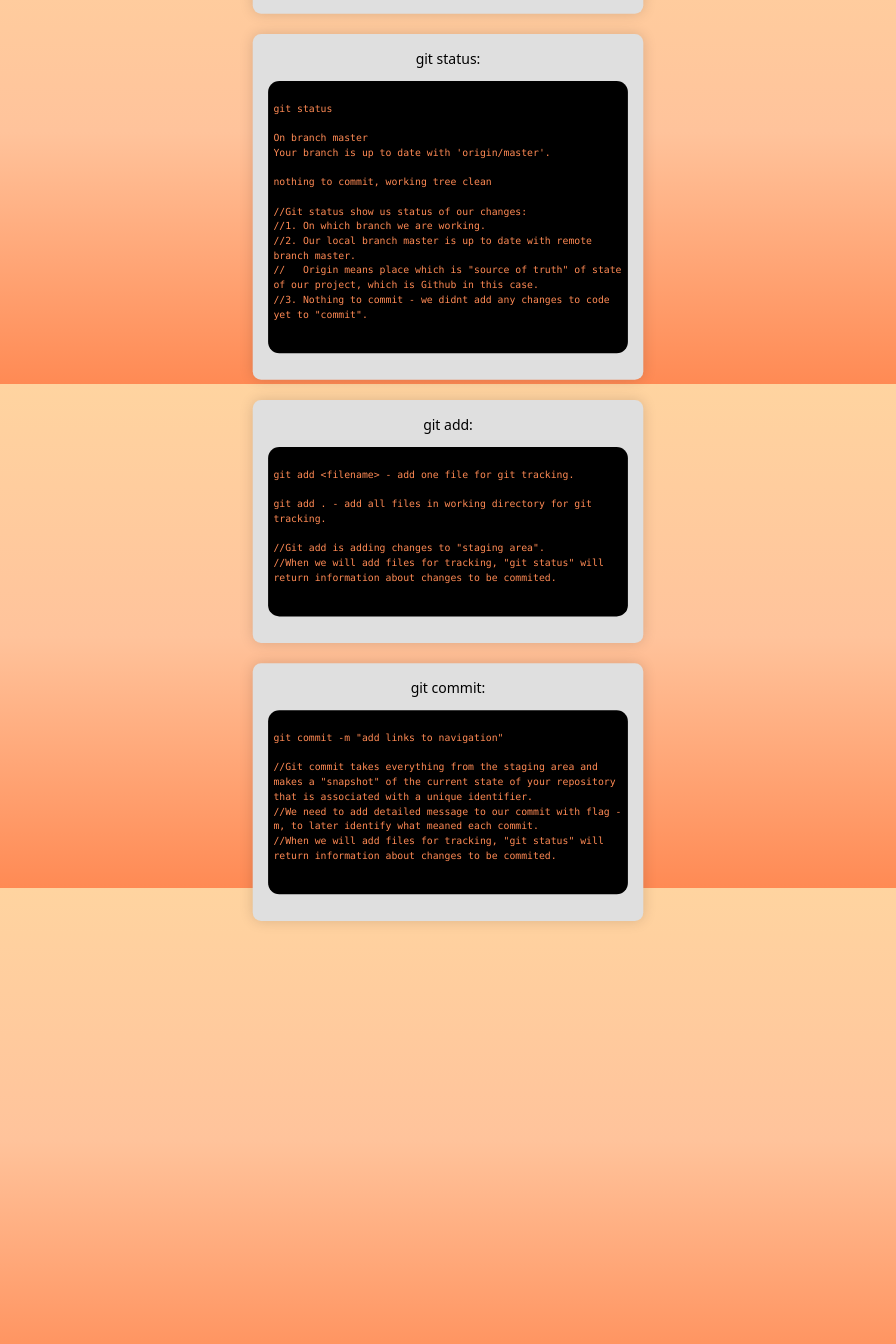
Repository: michalgornicki/git
Page: /
An editor plug-in stored every save of this project. The page is shown before and after a run of saves, followed by the edit.
The browser window is 1280 px wide. The pictures show the part of the page from y = 892 to 2812 px (the page is 2812 px tall), at 70% of full size.
Backgrounds fixed to the window are drawn as part of the page. The project was rebuilt for these pictures with package versions that can differ from the ones it lists, and the page was loaded fresh each time. Imported but missing from the stored project, and not drawn on this page: src/components/DOM manipulation.jsx, src/components/async.jsx, src/components/loops.jsx, src/components/numbers.jsx, src/components/variables.jsx, src/components/window.jsx.

Above is the page before, as saved 2022-02-10 08:24:15.

After the next 3 saves:
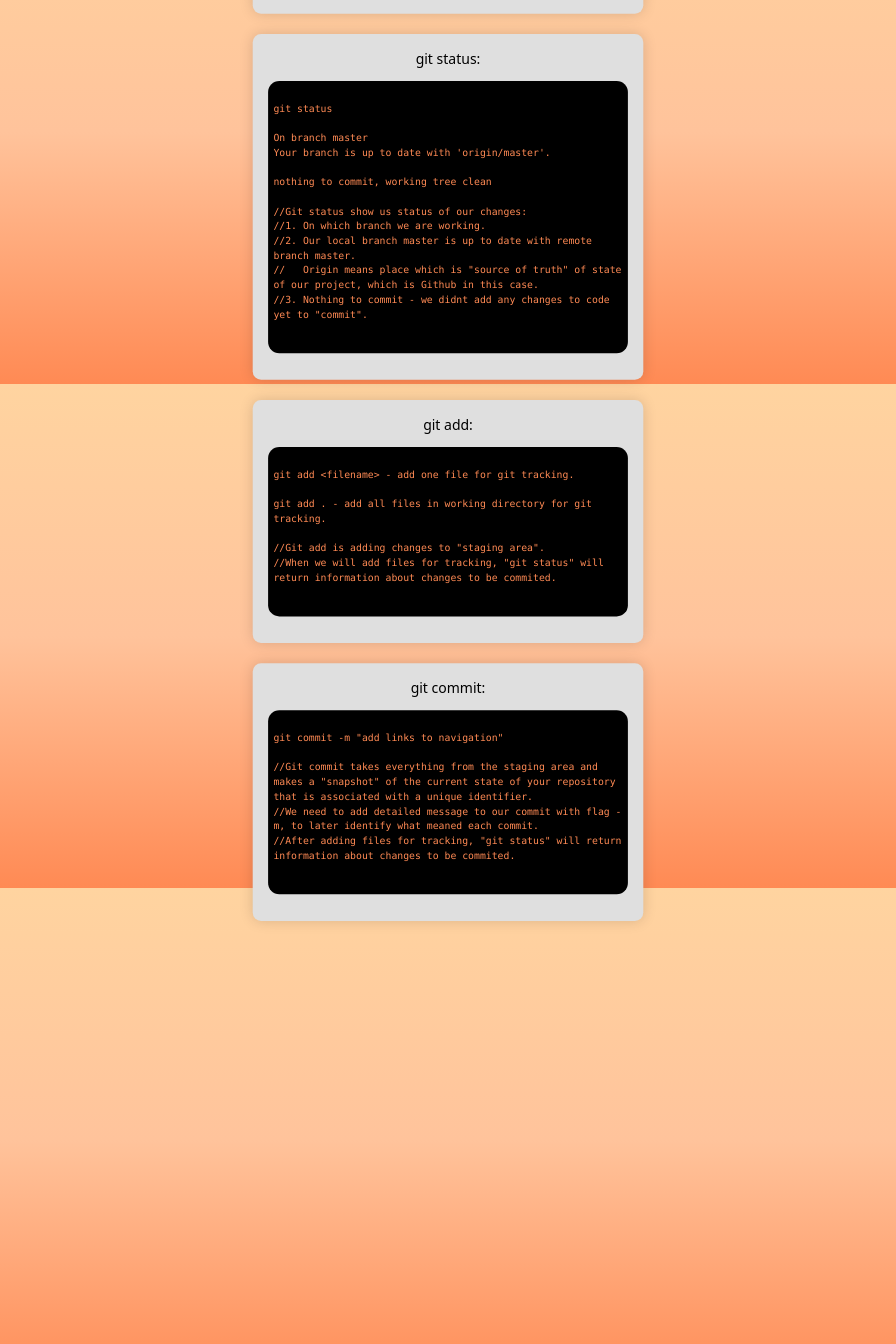
The 3 saves are shown as one change because they came seconds apart.
The last was saved 34 s later.
--- a/src/components/arrays.jsx
+++ b/src/components/arrays.jsx
@@ -73,7 +73,7 @@
 
 //Git commit takes everything from the staging area and makes a "snapshot" of the current state of your repository that is associated with a unique identifier.
 //We need to add detailed message to our commit with flag -m, to later identify what meaned each commit.
-//When we will add files for tracking, "git status" will return information about changes to be commited.
+//After adding files for tracking, "git status" will return information about changes to be commited.
           `}</pre>
           </div>
       </div>
